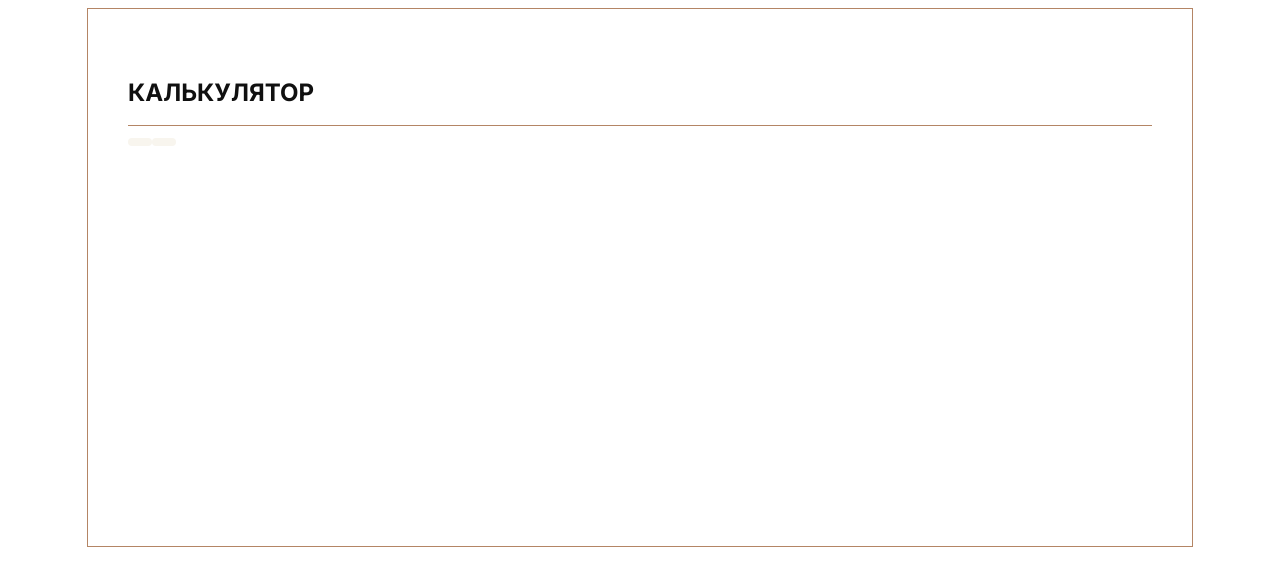
Repository: Kirill2034/Calculator-metal
Page: /
These files come from the project's save history. The page is drawn as it stood at one moment and after the next save; the edit follows.
The browser window is 1280 px wide. The pictures show the whole page.
The project was rebuilt for these pictures with package versions that can differ from the ones it lists, and the page was loaded fresh each time.

Above is the page before, as saved 2021-11-27 16:27:47.

### public/index.html
<!DOCTYPE html>
<html lang="en">
  <head>
    <meta charset="utf-8" />
    <meta name="viewport" content="width=device-width, initial-scale=1" />

    <link rel="preconnect" href="https://fonts.googleapis.com">
    <link rel="preconnect" href="https://fonts.gstatic.com" crossorigin>
    <link href="https://fonts.googleapis.com/css2?family=Inter:wght@300;400;500;700&display=swap" rel="stylesheet">

    <title>Калькулятор</title>
  </head>
  <body>
    <div id="root"></div>
  </body>
</html>

### src/App.js
import React, { useState } from 'react';
import './App.css';
import {BtnRadio} from './components/BtnRadio';

const metals = [
  {
    id: 1,
    code: "gold",
    title: "Золото",
    finenessList: [
      {id: 1, value: 375, cash: 90, checkingAccount: 100},
      {id: 1, value: 575, cash: 190, checkingAccount: 250}
    ]
  },
  {
    id: 1,
    code: "argent",
    title: "Серебро",
    finenessList: [
      {id: 1, value: 375, cash: 90, checkingAccount: 100},
      {id: 1, value: 575, cash: 190, checkingAccount: 250}
    ]
  },
]

const App = () => {

  const [selectedMetalId, setselectedMetalId] = useState(null);

  const onMetalItemClick = (id) => {
    setselectedMetalId(id);
  };

  return (
    <div className="App">
      <div className="title">
        <h2>Калькулятор</h2>
      </div>
      <div className="calculator">
        {metals.map((metal) => (
          <BtnRadio
            key={metal.id}
            item={metal}
            selected={selectedMetalId === metal.id}
            onClick={onMetalItemClick}
            />
        ))}
      </div>
    </div>
  );
}

export default App;

### src/App.css
.App {width: 1024px; height: 537px; border: 1px solid #B48565; margin: 0 auto; font-family: 'Inter', sans-serif; padding: 0 40px;}
.App .title {border-bottom: 1px solid #B48565; text-transform: uppercase; font-weight: 900; font-size: 16px; line-height: 24px; color: #101010; margin-top: 72px;}

### src/components/BtnRadio/index.js
import BtnRadio from './BtnRadio.js';
export {BtnRadio};

### src/components/BtnRadio/BtnRadio.js
import React from 'react';
import './BtnRadio.css';
import cn from "classnames";

const BtnRadio = ({title, item, selected, onClick}) => {
    return (
        <button
            className={cn("BtnRadio", {selected})}
            onClick={() => onClick(item.id)}
        >{title}</button>
    )
}

export default BtnRadio;

### src/components/BtnRadio/BtnRadio.css
.BtnRadio {border: none; box-shadow: none; outline: none; background: #F8F5EE; border-radius: 100px; padding: 4px 12px; color: #101010};
.selected {color: #F8F5EE; background: #B48565;}

Loaded but not shown: src/index.js (common file)

After the next save:
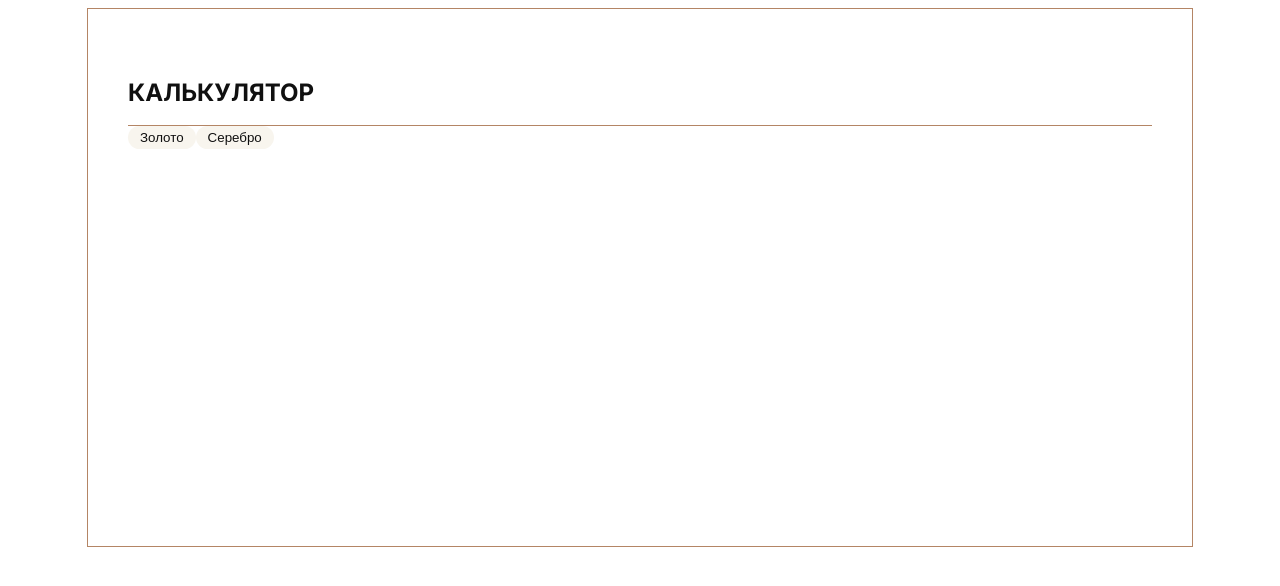
Saved 14 s later.
--- a/src/components/BtnRadio/BtnRadio.js
+++ b/src/components/BtnRadio/BtnRadio.js
@@ -7,7 +7,7 @@ const BtnRadio = ({title, item, selected, onClick}) => {
         <button
             className={cn("BtnRadio", {selected})}
             onClick={() => onClick(item.id)}
-        >{title}</button>
+        >{item.title}</button>
     )
 }
 
